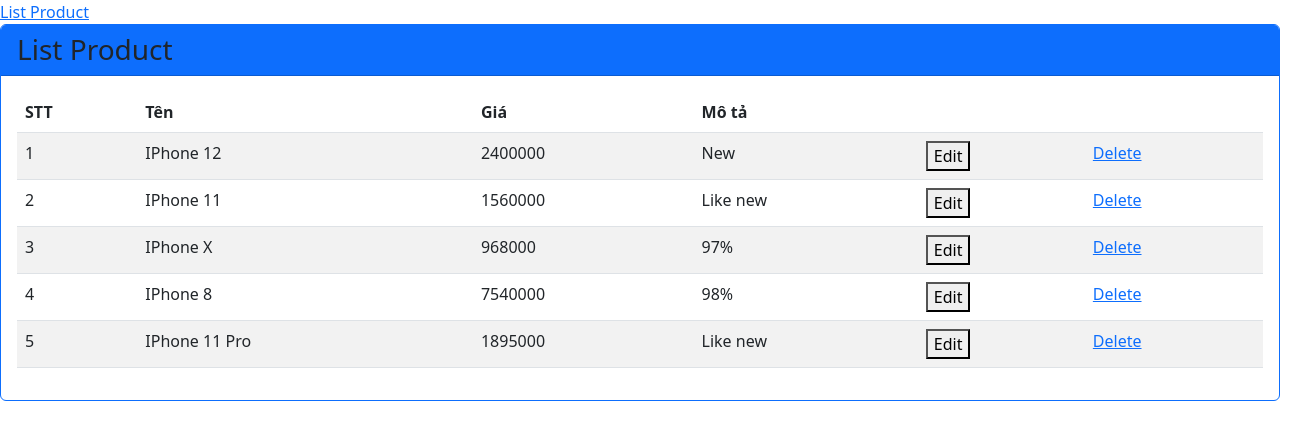
Repository: SonPhamThe/C0622G1-module5
Page: /product/list (app in exercise_new5/demo/demo/)
An editor plug-in stored every save of this project. The page is shown before and after a run of saves, followed by the edit.
The browser window is 1280 px wide. The page is 1292 px wide, so the pictures cover 1292 px, including what lies to the right of the window. The pictures show the whole page.
The project was rebuilt for these pictures with package versions that can differ from the ones it lists, and the page was loaded fresh each time. Also part of the build but not shown: exercise_new5/demo/demo/angular.json, exercise_new5/demo/demo/src/app/product-create/product-create.component.ts, exercise_new5/demo/demo/src/app/product-delete/product-delete.component.ts, exercise_new5/demo/demo/src/app/product-edit/product-edit.component.ts.

Above is the page before, as saved 2022-11-28 11:48:53.

After the next 2 saves:
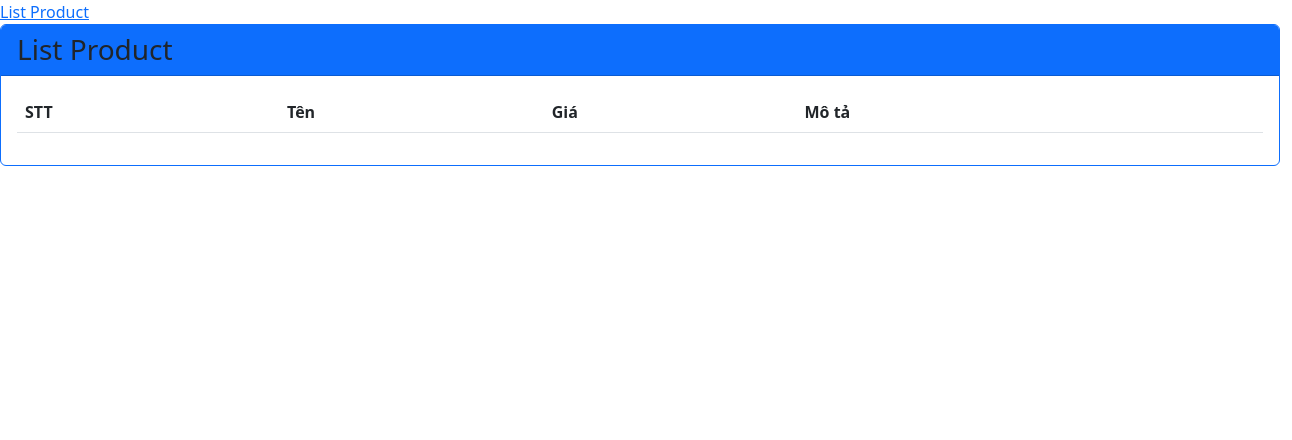
The 2 saves are shown as one change because 1 did not build or start.
The last was saved 88 s later.
--- a/exercise_new5/demo/demo/src/app/service/product-service.service.ts
+++ b/exercise_new5/demo/demo/src/app/service/product-service.service.ts
@@ -6,36 +6,7 @@
 })
 export class ProductServiceService {
   products: Product[] = [
-    {
-      id: 1,
-      name: 'IPhone 12',
-      price: 2400000,
-      description: 'New',
-    },
-    {
-      id: 2,
-      name: 'IPhone 11',
-      price: 1560000,
-      description: 'Like new',
-    },
-    {
-      id: 3,
-      name: 'IPhone X',
-      price: 968000,
-      description: '97%',
-    },
-    {
-      id: 4,
-      name: 'IPhone 8',
-      price: 7540000,
-      description: '98%',
-    },
-    {
-      id: 5,
-      name: 'IPhone 11 Pro',
-      price: 1895000,
-      description: 'Like new',
-    },
+
   ];
 
   constructor() {}
